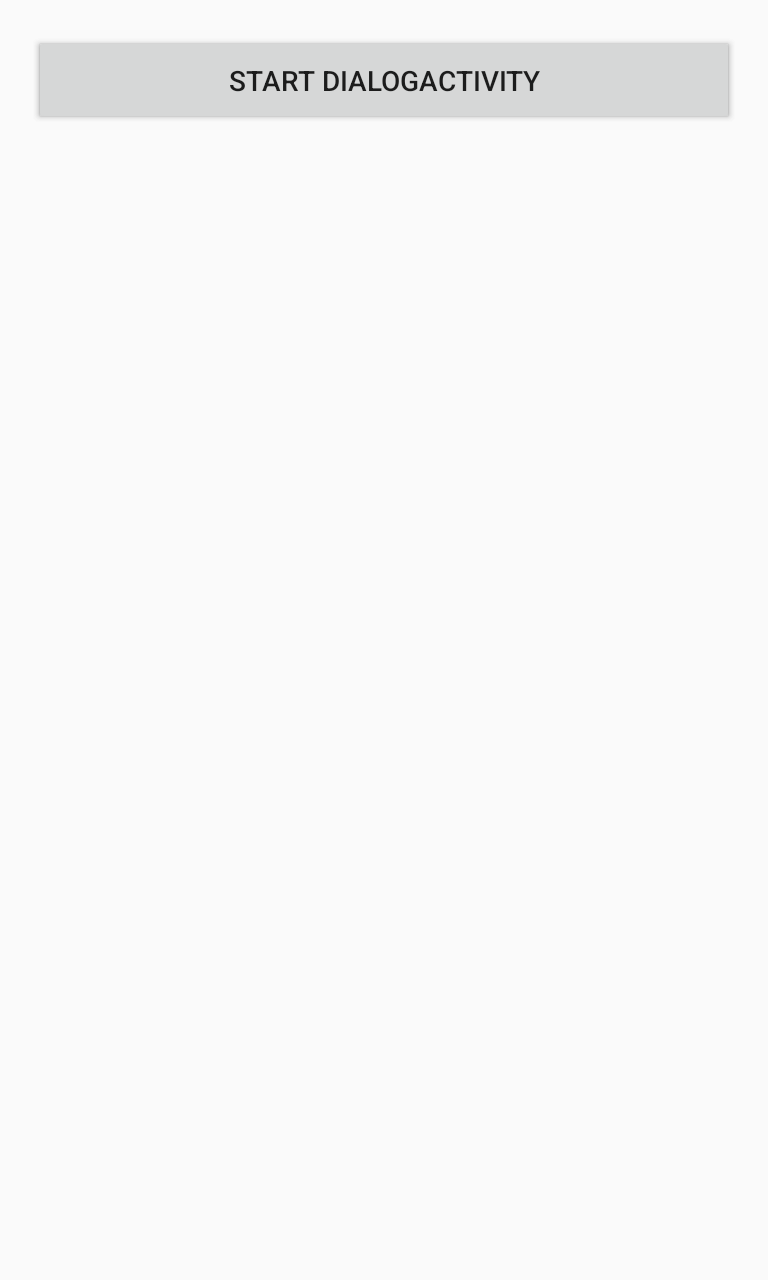
Repository: HantaoShu/android_learning
Layout: ActivcityLifeCycleTest/res/layout/activity_main.xml
These files come from the project's save history. The layout is drawn as it stood at one moment and after the next save; the edit follows.
It is drawn on a 768 x 1280 px phone screen (xhdpi) without system bars, with theme AppTheme; the app's code is not run.

Above is the layout before, as saved 2016-02-11 13:05:07.

After the next save:
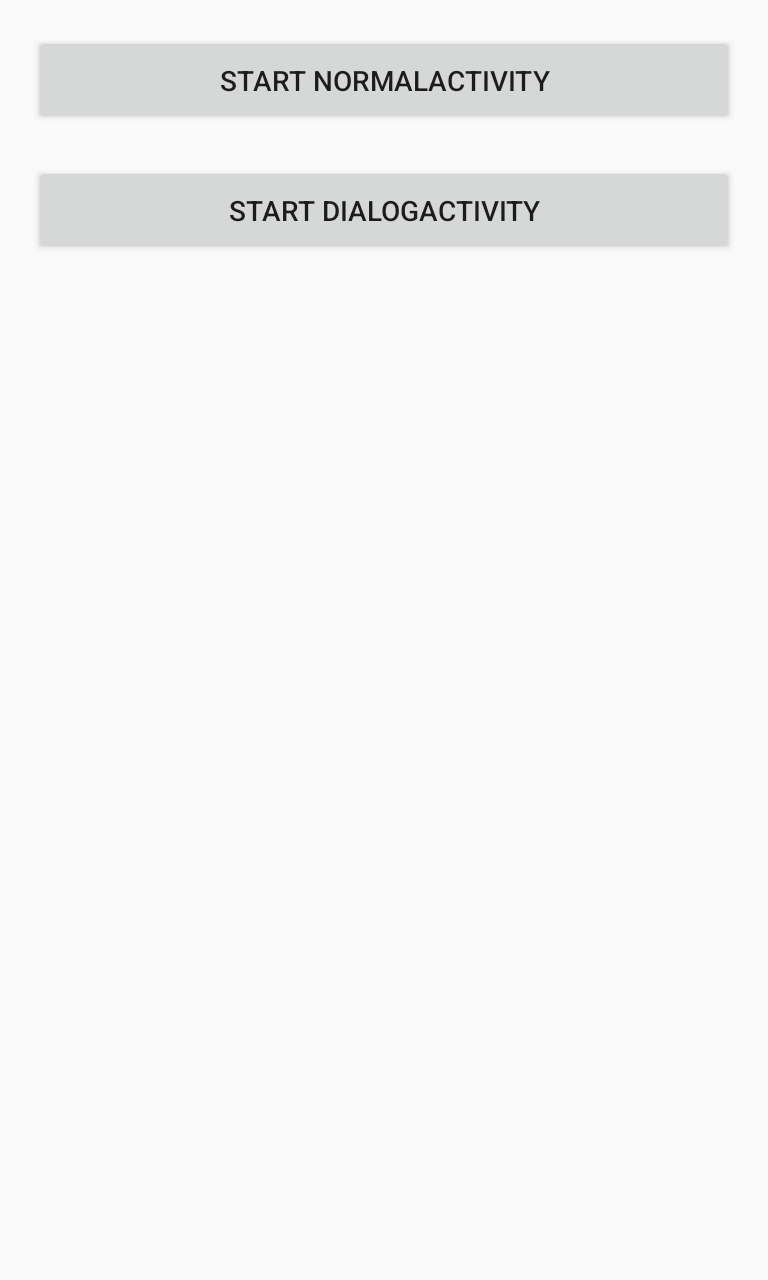
Saved 35 min 0 s later.
--- a/ActivcityLifeCycleTest/res/layout/activity_main.xml
+++ b/ActivcityLifeCycleTest/res/layout/activity_main.xml
@@ -14,10 +14,14 @@
    	    android:layout_height="wrap_content"
    	    android:text="Start NormalActivity"
    	    ></Button>
+
 	<Button
-   	    android:id="@+id/start_dialog_activity"
-   	    android:layout_width="match_parent"
-   	    android:layout_height="wrap_content"
-   	    android:text="Start DialogActivity"
-   	    ></Button>
+	    android:id="@+id/start_dialog_activity"
+	    android:layout_width="match_parent"
+	    android:layout_height="wrap_content"
+	    android:layout_alignLeft="@+id/start_normal_activity"
+	    android:layout_below="@+id/start_normal_activity"
+	    android:layout_marginTop="17dp"
+	    android:text="Start DialogActivity" />
+
 </RelativeLayout>

After the 4 saves that followed:
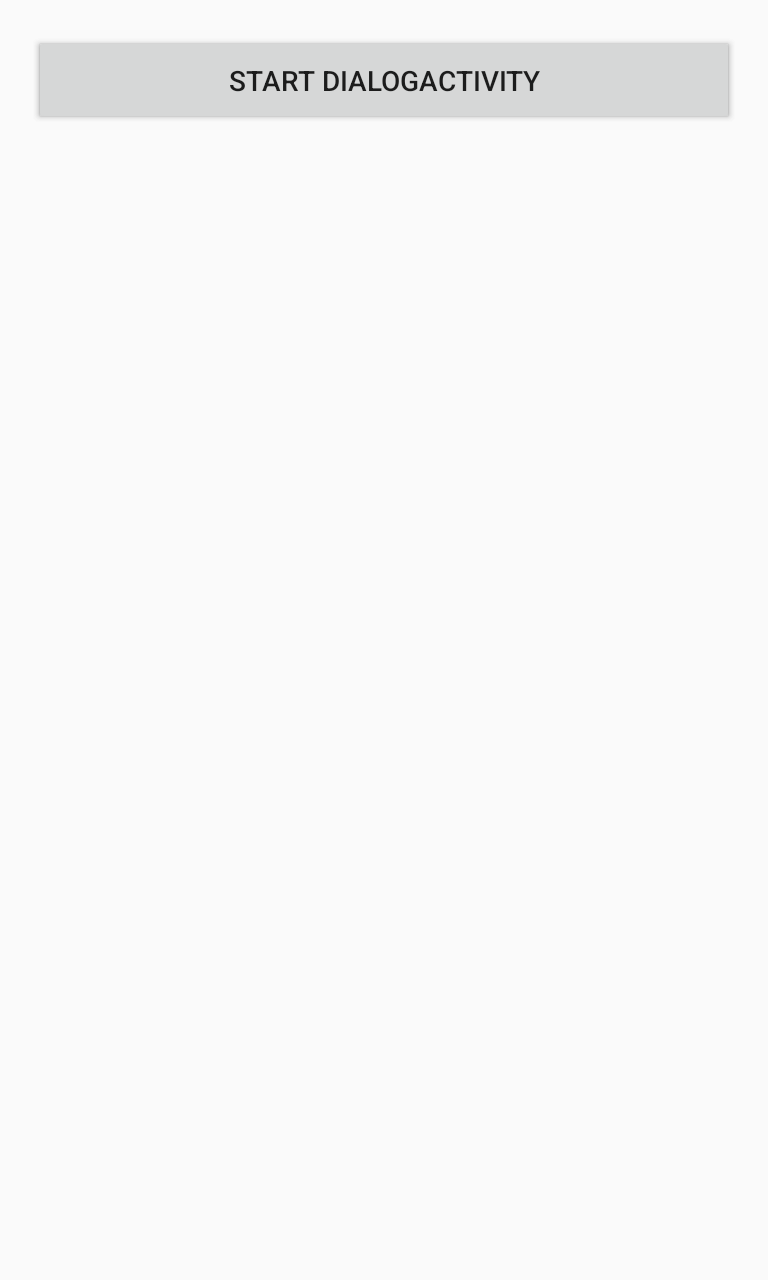
The 4 saves are shown as one change because 1 left the picture as it was and some came seconds apart.
The last was saved 4 min 52 s later.
--- a/ActivcityLifeCycleTest/res/layout/activity_main.xml
+++ b/ActivcityLifeCycleTest/res/layout/activity_main.xml
@@ -19,9 +19,6 @@
 	    android:id="@+id/start_dialog_activity"
 	    android:layout_width="match_parent"
 	    android:layout_height="wrap_content"
-	    android:layout_alignLeft="@+id/start_normal_activity"
-	    android:layout_below="@+id/start_normal_activity"
-	    android:layout_marginTop="17dp"
 	    android:text="Start DialogActivity" />
 
 </RelativeLayout>
